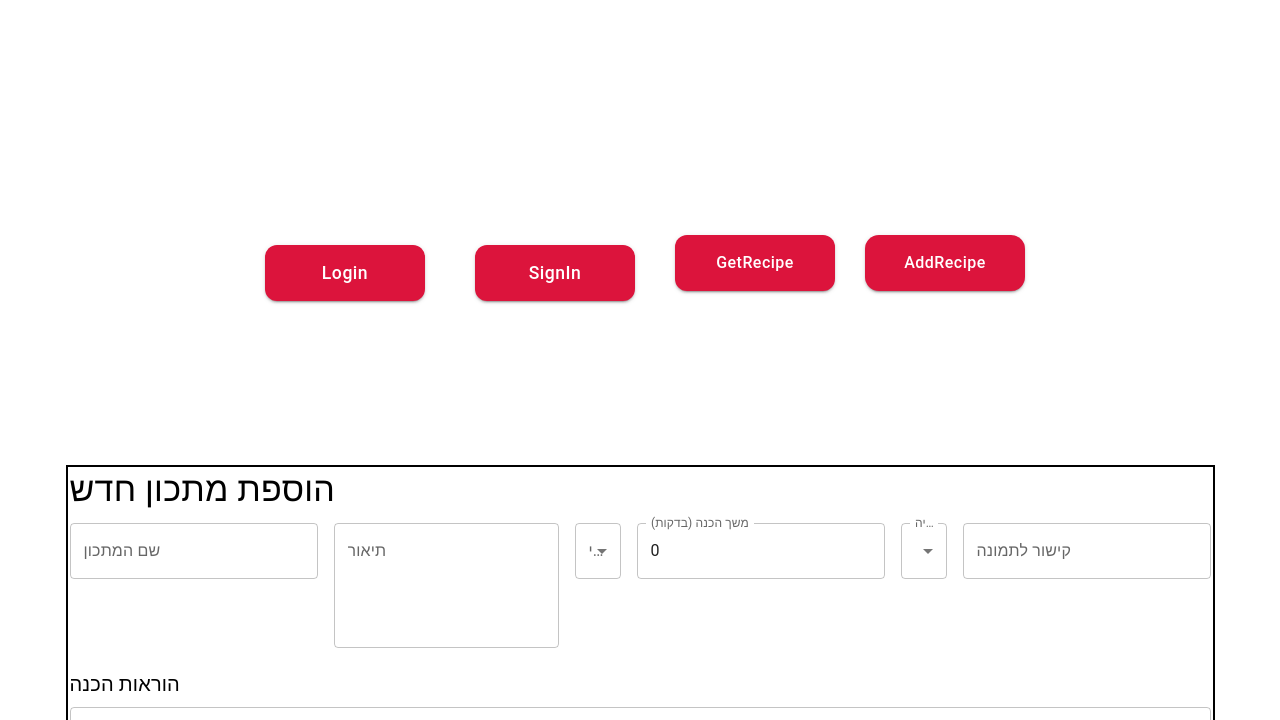
Repository: saraAber/Recipes_ReactProject
Page: /AddRecipe
These files come from the project's save history. The page is drawn as it stood at one moment and after the next save; the edit follows.
The browser window is 1280 px wide. The pictures show the whole page.
The project was rebuilt for these pictures with package versions that can differ from the ones it lists, and the page was loaded fresh each time. Also part of the build but not shown: vite.config.ts, src/components/Login.tsx, src/components/SignIn.tsx, src/components/userContext.tsx, src/components/GetRecipes.tsx, src/components/CategoriesContext.tsx, src/components/EditRecipe.tsx.

Above is the page before, as saved 2025-05-06 16:10:15.

### src/main.tsx
// import { BrowserRouter as Router, Routes, Route } from "react-router-dom";
// import HomePage from "./components/HomePage.tsx";
// import Recipes from './components/Recipes.tsx'
// import AddRecipe from './components/addRecipe.tsx';
// import EditRecipe from './components/editRecipe.tsx';
// import { AuthProvider } from "./contexts/AuthUserContext.tsx";
// import { Outlet } from 'react-router-dom';

// function App() {

//   return (
//     <>
//       <AuthProvider>
//         <Router>
//           <Routes>
//             <Route path="/" element={<Outlet />} />
//             <Route path='*' element={<HomePage />} />
//             <Route path='/recipes' element={<Recipes />} />
//             <Route path="/editRecipe" element={<EditRecipe recipeId={1} onRecipeUpdated={(updatedRecipe) => console.log(updatedRecipe)} />} />
//             <Route path='/addRecipe' element={<AddRecipe />} />

//           </Routes>
//           <Outlet />
//         </Router>
//       </AuthProvider>

//     </>
//   )
// }
// export default App


import { createRoot } from 'react-dom/client'
import App from "./App";
import { createBrowserRouter, RouterProvider } from 'react-router-dom'
import SignIn from './components/SignIn.tsx'
import Login from './components/Login.tsx'
import GetRecipes from './components/GetRecipes.tsx'
import AddRecipe from './components/AddRecipe'
import EditRecipe from './components/EditRecipe'

const routes = createBrowserRouter([

  {
    path: '*', // דף הבית הראשי

    element:
      <App />,

    children: [

      { path: 'Login', element: <Login /> },
      { path: 'SignIn', element: <SignIn /> },
      { path: 'GetRecipes', element: <GetRecipes /> },
      { path: 'AddRecipe', element: <AddRecipe /> },
      { path: 'edit-recipe/:id', element: <EditRecipe /> }

    ],
  },
]);
createRoot(document.getElementById('root')!).render(

  <RouterProvider router={routes} />,

);

### src/App.tsx
import { Outlet } from "react-router-dom";
import "./App.css";
import HomePage from "./components/HomePage";
import { AuthProvider } from "./contexts/AuthUserContext";

function App() {
  console.log("App Loaded!");

  return (
    <AuthProvider>
      <HomePage />
      <Outlet />
    </AuthProvider>
  );
}

export default App;

### src/components/addRecipe.tsx
import React, { useContext, useState } from 'react';
import axios from 'axios';
import { useForm, useFieldArray, Controller } from 'react-hook-form';
import {
  TextField,
  Button,
  Grid,
  Typography,
  FormControl,
  InputLabel,
  MenuItem,
  Select,
} from '@mui/material';
import { userContext } from './userContext';
import { CatContext } from './CategoriesContext';
import { Recipe, Ingridents, Instructions } from './Types';

type FormValues = {
  Name: string;
  Description: string;
  Difficulty: string;
  Duration: number;
  CategoryId: number;
  Img: string;
  Instructions: Instructions[];
  Ingridents: Ingridents[];
};

const AddRecipe: React.FC = () => {
  const { Myuser } = useContext(userContext);
  const { categories } = useContext(CatContext);
  const [loading, setLoading] = useState(false);

  const {
    register,
    handleSubmit,
    control,
    formState: { errors },
    reset,
  } = useForm<FormValues>({
    defaultValues: {
      Name: '',
      Description: '',
      Difficulty: '',
      Duration: 0,
      CategoryId: 0,
      Img: '',
      Instructions: [{ Name: '' }],
      Ingridents: [{ Name: '', Count: '', Type: '' }],
    },
  });

  const { fields: instructionFields, append: appendInstruction } = useFieldArray({
    control,
    name: 'Instructions',
  });

  const { fields: ingredientFields, append: appendIngredient } = useFieldArray({
    control,
    name: 'Ingridents',
  });

  const onSubmit = async (data: FormValues) => {
    if (!Myuser) {
      alert('לא ניתן להוסיף מתכון כי אתה לא מחובר 😓');
      return;
    }

    const recipeToSend: Recipe = {
      ...data,
      UserId: Myuser.Id,
      Id: 0,
    };

    setLoading(true);
    try {
      const res = await axios.post('http://localhost:8080/api/recipe', recipeToSend);
      alert('🥳 המתכון נוסף בהצלחה!');
      reset();
    } catch (error) {
      console.error('❌ Error adding recipe:', error);
      alert('הוספת המתכון נכשלה 😢');
    } finally {
      setLoading(false);
    }
  };

  return (
    <form onSubmit={handleSubmit(onSubmit)} style={{ marginTop: 4, border: '2px solid #000', padding: '2px' }}>
      <Typography variant="h4" gutterBottom>
        הוספת מתכון חדש
      </Typography>
      <Grid container spacing={2}>
        <Grid item xs={12} sm={6}>
          <TextField
            label="שם המתכון"
            fullWidth
            {...register('Name', { required: true })}
            error={!!errors.Name}
            helperText={errors.Name && 'שדה חובה'}
          />
        </Grid>

        <Grid item xs={12}>
          <TextField
            label="תיאור"
            multiline
            rows={4}
            fullWidth
            {...register('Description', { required: true })}
            error={!!errors.Description}
            helperText={errors.Description && 'שדה חובה'}
          />
        </Grid>

        <Grid item xs={12} sm={6}>
          <FormControl fullWidth required error={!!errors.Difficulty}>
            <InputLabel>רמת קושי</InputLabel>
            <Controller
              name="Difficulty"
              control={control}
              render={({ field }) => (
                <Select {...field} label="רמת קושי">
                  <MenuItem value="קל">קל</MenuItem>
                  <MenuItem value="בינוני">בינוני</MenuItem>
                  <MenuItem value="קשה">קשה</MenuItem>
                </Select>
              )}
            />
          </FormControl>
        </Grid>

        <Grid item xs={12} sm={6}>
          <TextField
            label="משך הכנה (בדקות)"
            type="number"
            fullWidth
            {...register('Duration', { required: true, min: 1 })}
            error={!!errors.Duration}
            helperText={errors.Duration && 'משך חייב להיות לפחות דקה אחת'}
          />
        </Grid>

        <Grid item xs={12} sm={6}>
          <FormControl fullWidth required error={!!errors.CategoryId}>
            <InputLabel>קטגוריה</InputLabel>
            <Controller
              name="CategoryId"
              control={control}
              render={({ field }) => (
                <Select {...field} label="קטגוריה">
                  {categories?.map((cat) => (
                    <MenuItem key={cat.Id} value={cat.Id}>
                      {cat.Name}
                    </MenuItem>
                  ))}
                </Select>
              )}
            />
          </FormControl>
        </Grid>

        <Grid item xs={12}>
          <TextField
            label="קישור לתמונה"
            fullWidth
            {...register('Img', { required: true })}
            error={!!errors.Img}
            helperText={errors.Img && 'שדה חובה'}
          />
        </Grid>
      </Grid>

      <Typography variant="h6" gutterBottom style={{ marginTop: 20 }}>
        הוראות הכנה
      </Typography>
      {instructionFields.map((item, index) => (
        <Grid item xs={12} key={item.id}>
          <TextField
            label={`שלב ${index + 1}`}
            fullWidth
            {...register(`Instructions.${index}.Name` as const, { required: true })}
          />
        </Grid>
      ))}
      <Button onClick={() => appendInstruction({ Name: '' })}>➕ הוספת שלב</Button>

      <Typography variant="h6" gutterBottom style={{ marginTop: 20 }}>
        מצרכים
      </Typography>
      {ingredientFields.map((item, index) => (
        <Grid container spacing={2} key={item.id}>
          <Grid item xs={12} sm={4}>
            <TextField
              label="שם"
              fullWidth
              {...register(`Ingridents.${index}.Name` as const, { required: true })}
            />
          </Grid>
          <Grid item xs={12} sm={4}>
            <TextField
              label="כמות"
              fullWidth
              {...register(`Ingridents.${index}.Count` as const, { required: true })}
            />
          </Grid>
          <Grid item xs={12} sm={4}>
            <TextField
              label="סוג"
              fullWidth
              {...register(`Ingridents.${index}.Type` as const, { required: true })}
            />
          </Grid>
        </Grid>
      ))}
      <Button onClick={() => appendIngredient({ Name: '', Count: '', Type: '' })}>
        ➕ הוספת מצרך
      </Button>

      <Button
        variant="contained"
        color="primary"
        type="submit"
        style={{ marginTop: 24 }}
        disabled={loading}
      >
        {loading ? 'שולח...' : 'שלח מתכון'}
      </Button>
    </form>
  );
};

export default AddRecipe;

### src/App.css
* {
  margin: 0;
  padding: 0;
  box-sizing: border-box;
}

html, body {
  height: 100%;
  width: 100%;
  overflow: hidden;
}

body {
  display: flex;
  justify-content: center;
  align-items: center;
  /* background-image: url('/קופצות.jpg'); */
  background-repeat: no-repeat;
  background-position: center;
  background-size: contain;
  /* background-color: black;  */
}




.home-container {
  text-align: center;
  padding: 2rem;
}

.button-group button {
  margin: 10px;
  padding: 10px 20px;
  font-size: 1.1rem;
}

.modal-overlay {
  position: fixed;
  top: 0; left: 0; right: 0; bottom: 0;
  background: rgba(0, 0, 0, 0.75);
  display: flex; align-items: center; justify-content: center;
  z-index: 1000;
}

.modal {
  background: #000;
  color: #DC143C;
  padding: 30px;
  border: 2px solid white;
  border-radius: 15px;
  width: 300px;
}

.modal input {
  width: 100%;
  margin-bottom: 10px;
  padding: 8px;
}

.modal-buttons {
  display: flex;
  justify-content: space-between;
  padding: 28px;
}

.error {
  color: red;
  font-size: 12px;
}

.password-wrapper {
  position: relative;
}

.password-wrapper input {
  width: 100%;
  padding-right: 40px;
  box-sizing: border-box;
}

.toggle-password {
  position: absolute;
  top: 50%;
  right: 10px;
  transform: translateY(-50%);
  background: transparent;
  border: none;
  cursor: pointer;
  font-size: 1.2rem;
}

.handleLogin{
 width: 15px;
}

h2{
  padding: 20px;
}

.handleSignup{
  width: 15px;
  height: 15px;
}

### src/components/HomePage.tsx
import { useState } from "react";
import { useNavigate } from "react-router-dom";
import { useAuth } from "../contexts/AuthUserContext";
import LoginModal from "./Login";
import SignupModal from "./SignIn";
import { Button } from '@mui/material';
import { Link } from 'react-router-dom';

function HomePage() {
  const [showLogin, setShowLogin] = useState(false);
  const [showSignup, setShowSignup] = useState(false);
  const navigate = useNavigate();
  const { user } = useAuth();

  return (
    <div
      className="home-container"
      style={{
        display: 'flex',
        justifyContent: 'center',
        alignItems: 'flex-end',
        height: '100vh',
        paddingBottom: '150px',
        // marginTop: '150px',
      }}
    >
      <div
        className="button-group"
        style={{
          display: 'flex',
          flexDirection: 'row',
          gap: '30px', // רווח בין כפתורים
        }}
      >
        {!user && (
          <>
            <Button
              onClick={() => setShowLogin(true)}
              variant="contained"
              sx={{
                bgcolor: '#DC143C',
                '&:hover': { bgcolor: '#B22222' },
                height: '56px',
                width: '160px',
                fontSize: '16px',
                borderRadius: '12px',
                textTransform: 'none',
              }}
            >
              Login
            </Button>
            <Button
              onClick={() => setShowSignup(true)}
              variant="contained"
              sx={{
                bgcolor: '#DC143C',
                '&:hover': { bgcolor: '#B22222' },
                height: '56px',
                width: '160px',
                fontSize: '16px',
                borderRadius: '12px',
                textTransform: 'none',
              }}
            >
              SignIn
            </Button>
          </>
        )}
        <Button
          component={Link}
          to={"/GetRecipes"}
          variant="contained"
          sx={{
            bgcolor: '#DC143C',
            '&:hover': { bgcolor: '#B22222' },
            height: '56px',
            width: '160px',
            fontSize: '16px',
            borderRadius: '12px',
            textTransform: 'none',
          }}
        >
          GetRecipe
        </Button>
        <Button
          component={Link}
          to={"/AddRecipe"}
          variant="contained"
          sx={{
            bgcolor: '#DC143C',
            '&:hover': { bgcolor: '#B22222' },
            height: '56px',
            width: '160px',
            fontSize: '16px',
            borderRadius: '14px',
            textTransform: 'none',
          }}
        >
          AddRecipe
        </Button>
      </div>
      {showLogin && <LoginModal onClose={() => setShowLogin(false)} />}
      {showSignup && <SignupModal onClose={() => setShowSignup(false)} />}
    </div>
  );
}

export default HomePage;

### src/contexts/AuthUserContext.tsx
import React, { ReactNode, createContext, useContext, useState } from "react";


// ממשק שמגדיר את סוגי הנתונים
export interface SignInFormInputs {
    username: string;
    email: string;
    password: string;
}

// טיפוס לקונטקסט
// טיפוס לקונטקסט
export interface AuthContextType {
    user: SignInFormInputs | null;
    isLoggedIn: boolean;
    saveUser: (user: SignInFormInputs) => void;
    clearUser: () => void;
}


// יצירת הקונטקסט
const AuthContext = createContext<AuthContextType | undefined>(undefined);

export interface AuthProviderProps {
    children: ReactNode;
}

// ספק גישה לנתוני המשתמש
export const AuthProvider: React.FC<AuthProviderProps> = ({ children }) => {
    const [user, setUser] = useState<SignInFormInputs | null>(() => {
        const storedUser = localStorage.getItem("user");
        return storedUser ? JSON.parse(storedUser) : null;
    });

    const [isLoggedIn, setIsLoggedIn] = useState<boolean>(!!user);

    const saveUser = (user: SignInFormInputs) => {
        localStorage.setItem("user", JSON.stringify(user));
        setUser(user);
        setIsLoggedIn(true);
    };

    const clearUser = () => {
        localStorage.removeItem("user");
        setUser(null);
        setIsLoggedIn(false);
    };

    return (
        <AuthContext.Provider value={{ user, isLoggedIn, saveUser, clearUser  }}>
            {children}
        </AuthContext.Provider>
    );
};

// הוק לשימוש בקונטקסט
export const useAuth = (): AuthContextType => {
    const context = useContext(AuthContext);
    if (!context) {
        throw new Error("useAuth must be used within an AuthProvider");
    }
    return context;
};

Loaded but not shown: index.html (common file)

After the next save:
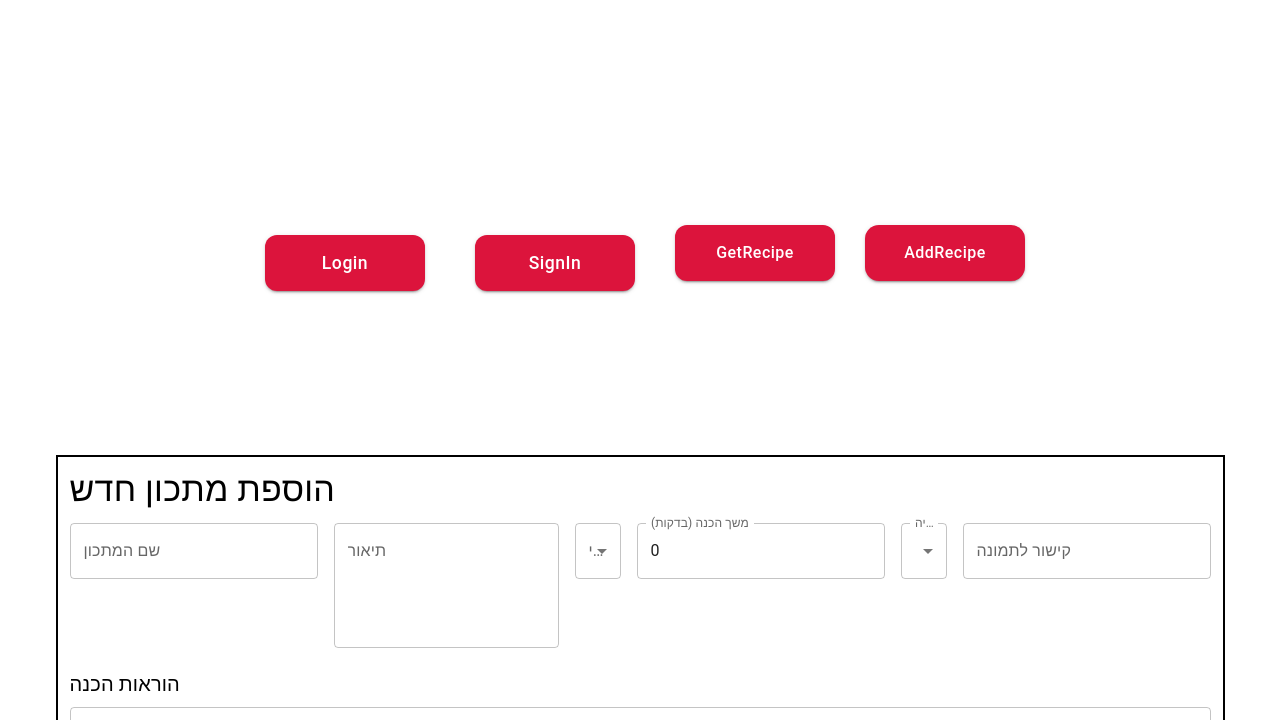
Saved 10 s later.
--- a/src/components/addRecipe.tsx
+++ b/src/components/addRecipe.tsx
@@ -86,7 +86,7 @@ const AddRecipe: React.FC = () => {
   };
 
   return (
-    <form onSubmit={handleSubmit(onSubmit)} style={{ marginTop: 4, border: '2px solid #000', padding: '2px' }}>
+    <form onSubmit={handleSubmit(onSubmit)} style={{ marginTop: 4, border: '2px solid #000', padding: '12px' }}>
       <Typography variant="h4" gutterBottom>
         הוספת מתכון חדש
       </Typography>
